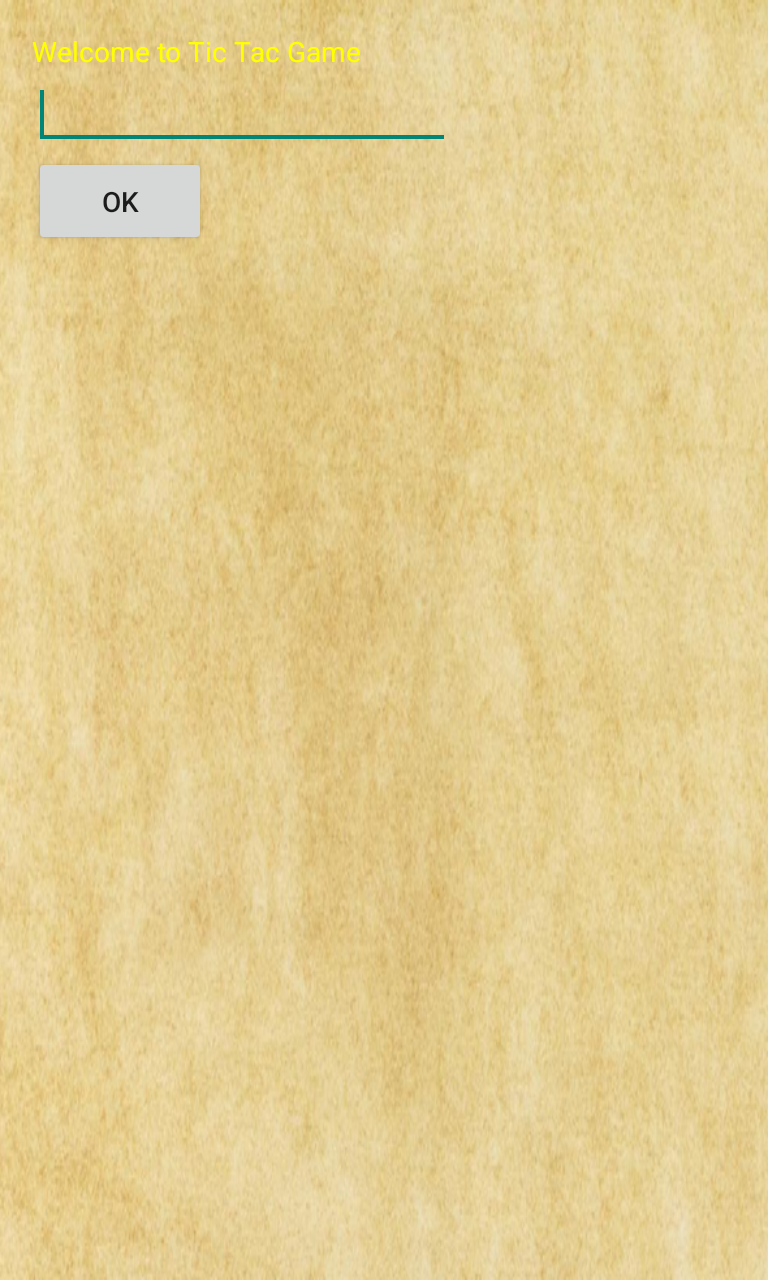
Repository: dtakiy/jogovelha
Layout: games/res/layout/activity_main.xml
An editor plug-in stored every save of this project. The layout is shown before and after the next save, followed by the edit.
It is drawn on a 768 x 1280 px phone screen (xhdpi) without system bars, with theme AppTheme; the app's code is not run.

Above is the layout before, as saved 2014-09-17 16:21:33.

After the next save:
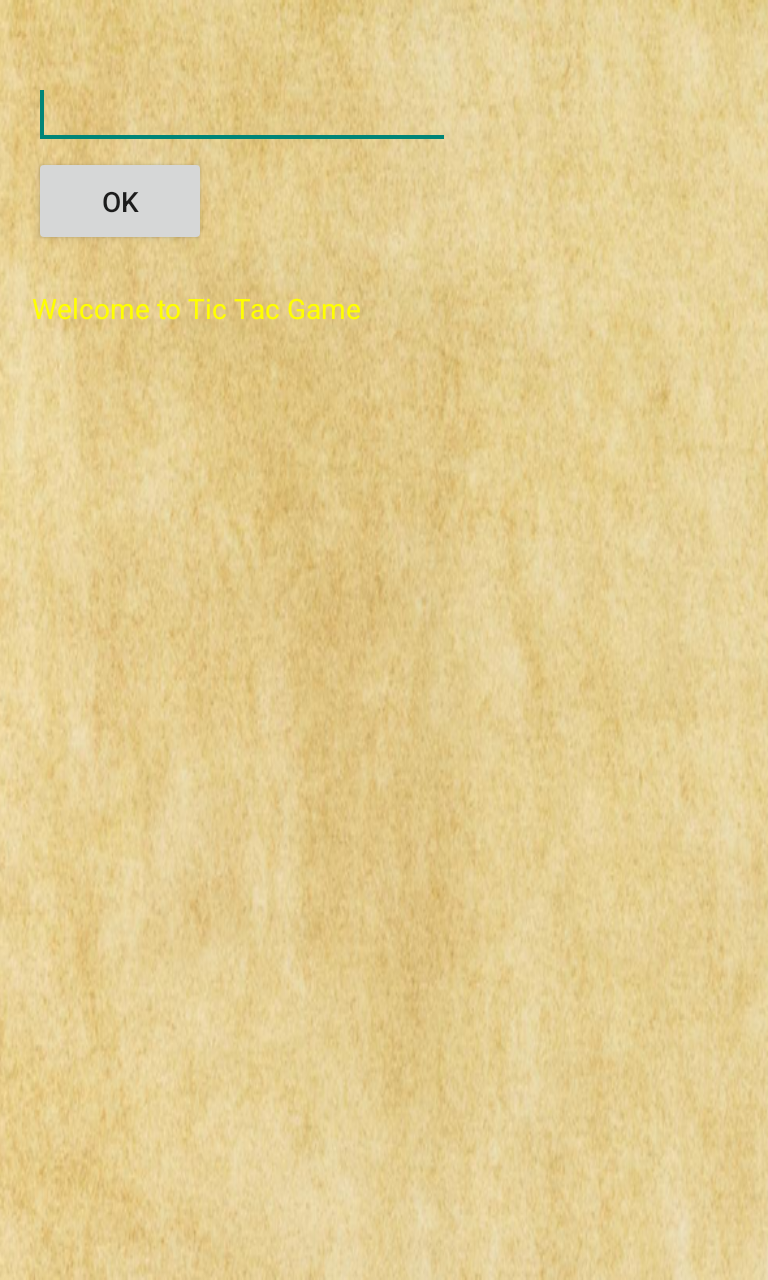
Saved 52 s later.
--- a/games/res/layout/activity_main.xml
+++ b/games/res/layout/activity_main.xml
@@ -8,13 +8,6 @@
     android:paddingRight="@dimen/activity_horizontal_margin"
     android:paddingTop="@dimen/activity_vertical_margin"
     tools:context="com.example.games.MainActivity" >
-
-    <TextView
-        android:id="@+id/textView1"
-        android:layout_width="wrap_content"
-        android:layout_height="wrap_content"
-        android:text="@string/hello_world"
-        android:textColor="#FFFF00" />
 
     <TextView
         android:id="@+id/camporesultado"
@@ -40,4 +33,14 @@
         android:layout_below="@+id/camponome"
         android:text="OK" />
 
+    <TextView
+        android:id="@+id/textView1"
+        android:layout_width="wrap_content"
+        android:layout_height="wrap_content"
+        android:layout_below="@+id/botaoOK"
+        android:layout_marginTop="20dp"
+        android:layout_toRightOf="@+id/camporesultado"
+        android:text="@string/hello_world"
+        android:textColor="#FFFF00" />
+
 </RelativeLayout>
